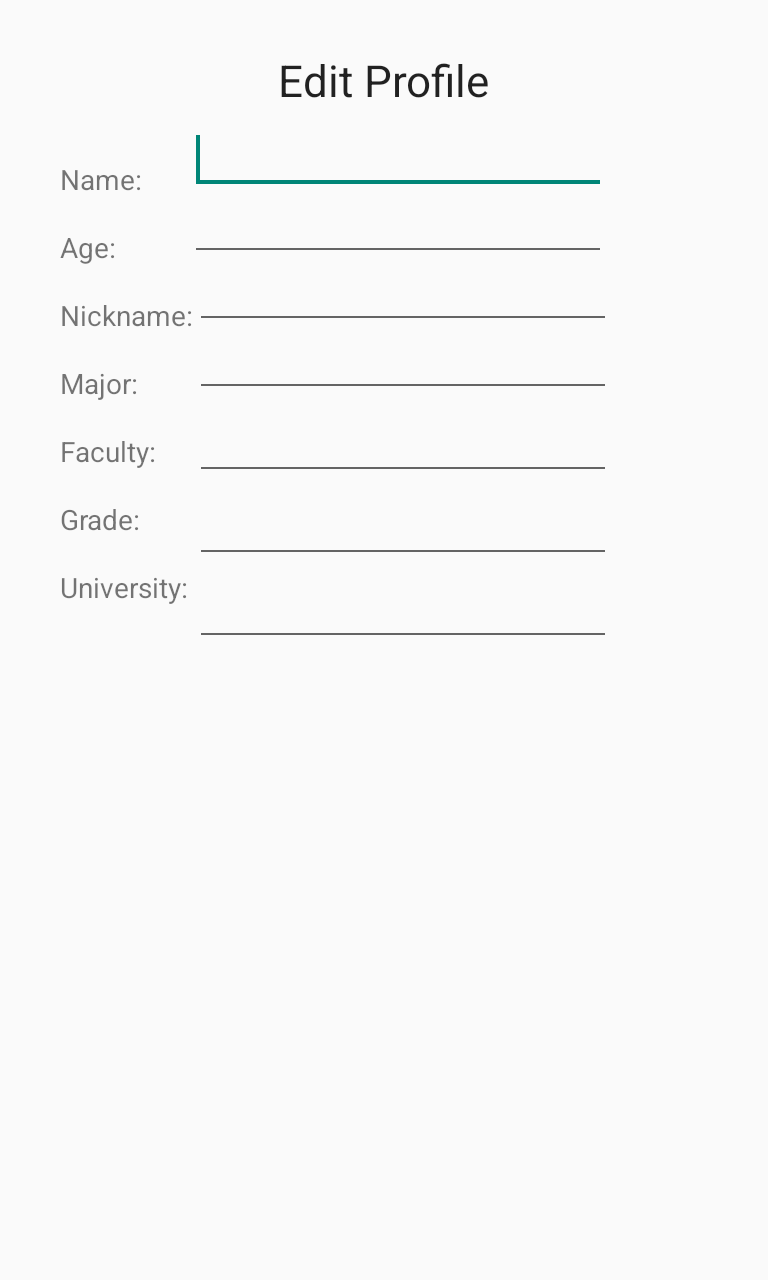
Repository: Android55410599/PROFILE
Layout: Resume_55410559/res/layout/resume.xml
The author's editor kept a copy of each file at every save. The layout is drawn from the files as they stood at one save, then again after the next save.
It is drawn on a 768 x 1280 px phone screen (xhdpi) without system bars, with theme AppTheme; the app's code is not run.

Above is the layout before, as saved 2014-09-06 02:37:18.

### Resume_55410559/res/layout/resume.xml
<?xml version="1.0" encoding="utf-8"?>
<RelativeLayout xmlns:android="http://schemas.android.com/apk/res/android"
    android:layout_width="match_parent"
    android:layout_height="match_parent" >

	<TextView
	    android:id="@+id/Textview1"
	    android:layout_width="wrap_content"
	    android:layout_height="wrap_content"
	    android:layout_marginLeft="30dp"
	    android:layout_marginTop="80dp"
	    android:text="Name: " />

	<TextView
	    android:id="@+id/textView2"
	    android:layout_width="wrap_content"
	    android:layout_height="wrap_content"
	    android:layout_alignParentLeft="true"
	    android:layout_below="@+id/Textview1"
	    android:layout_marginLeft="30dp"
	    android:layout_marginTop="15dp"
	    android:text="Age:" />

	<TextView
	    android:id="@+id/textView3"
	    android:layout_width="wrap_content"
	    android:layout_height="wrap_content"
	    android:layout_alignLeft="@+id/textView2"
	    android:layout_below="@+id/textView2"
	    android:layout_marginTop="15dp"
	    android:text="Nickname:" />

	<TextView
	    android:id="@+id/textView4"
	    android:layout_width="wrap_content"
	    android:layout_height="wrap_content"
	    android:layout_alignParentLeft="true"
	    android:layout_below="@+id/textView3"
	    android:layout_marginLeft="30dp"
	    android:layout_marginTop="15dp"
	    android:text="Major:" />

	<TextView
	    android:id="@+id/textView5"
	    android:layout_width="wrap_content"
	    android:layout_height="wrap_content"
	    android:layout_alignParentLeft="true"
	    android:layout_below="@+id/textView4"
	    android:layout_marginLeft="30dp"
	    android:layout_marginTop="15dp"
	    android:text="Faculty:" />

	<TextView
	    android:id="@+id/textView6"
	    android:layout_width="wrap_content"
	    android:layout_height="wrap_content"
	    android:layout_alignParentLeft="true"
	    android:layout_below="@+id/textView5"
	    android:layout_marginLeft="30dp"
	    android:layout_marginTop="15dp"
	    android:text="Grade:" />

	<TextView
	    android:id="@+id/textView7"
	    android:layout_width="wrap_content"
	    android:layout_height="wrap_content"
	    android:layout_alignParentLeft="true"
	    android:layout_below="@+id/textView6"
	    android:layout_marginLeft="30dp"
	    android:layout_marginTop="15dp"
	    android:text="University:" />

	<TextView
	    android:id="@+id/textView8"
	    android:layout_width="wrap_content"
	    android:layout_height="wrap_content"
	    android:layout_alignParentTop="true"
	    android:layout_centerHorizontal="true"
	    android:layout_marginTop="25dp"
	    android:text="Edit Profile"
	    android:textAppearance="?android:attr/textAppearanceLarge" />

	<EditText
	    android:id="@+id/editText1"
	    android:layout_width="wrap_content"
	    android:layout_height="wrap_content"
	    android:layout_above="@+id/textView2"
	    android:layout_toRightOf="@+id/textView7"
	    android:ems="10"
	    android:inputType="textPersonName" >

	    <requestFocus />
	</EditText>

	<EditText
	    android:id="@+id/editText2"
	    android:layout_width="wrap_content"
	    android:layout_height="wrap_content"
	    android:layout_alignBottom="@+id/textView2"
	    android:layout_alignLeft="@+id/editText1"
	    android:layout_marginTop="15dp"
	    android:ems="10" />

	<EditText
	    android:id="@+id/editText3"
	    android:layout_width="wrap_content"
	    android:layout_height="wrap_content"
	    android:layout_alignBottom="@+id/textView3"
	    android:layout_marginTop="15dp"
	    android:layout_toRightOf="@+id/textView3"
	    android:ems="10" />

	<EditText
	    android:id="@+id/editText4"
	    android:layout_width="wrap_content"
	    android:layout_height="wrap_content"
	    android:layout_above="@+id/textView5"
	    android:layout_alignLeft="@+id/editText3"
	    android:ems="10" />

	<EditText
	    android:id="@+id/editText5"
	    android:layout_width="wrap_content"
	    android:layout_height="wrap_content"
	    android:layout_alignLeft="@+id/editText4"
	    android:layout_below="@+id/editText4"
	    android:ems="10" />

	<EditText
	    android:id="@+id/editText6"
	    android:layout_width="wrap_content"
	    android:layout_height="wrap_content"
	    android:layout_alignLeft="@+id/editText5"
	    android:layout_below="@+id/editText5"
	    android:ems="10" />

	<EditText
	    android:id="@+id/editText7"
	    android:layout_width="wrap_content"
	    android:layout_height="wrap_content"
	    android:layout_alignLeft="@+id/editText6"
	    android:layout_below="@+id/editText6"
	    android:ems="10" />

</RelativeLayout>

Loaded but not shown: Resume_55410559/res/values/styles.xml (common file); Resume_55410559/res/values-v11/styles.xml (common file); Resume_55410559/res/values-v14/styles.xml (common file)

After the next save:
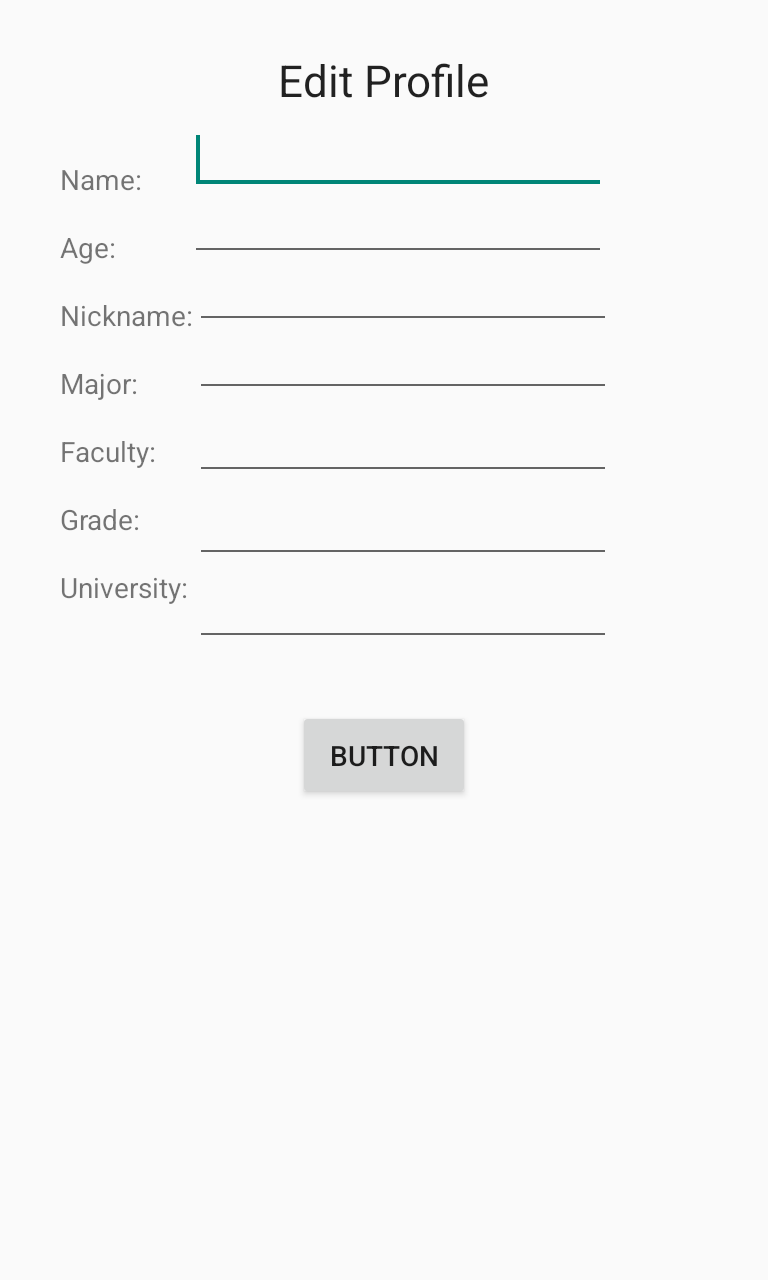
Saved 11 s later.
--- a/Resume_55410559/res/layout/resume.xml
+++ b/Resume_55410559/res/layout/resume.xml
@@ -142,4 +142,13 @@
 	    android:layout_below="@+id/editText6"
 	    android:ems="10" />
 
+	<Button
+	    android:id="@+id/button1"
+	    android:layout_width="wrap_content"
+	    android:layout_height="wrap_content"
+	    android:layout_below="@+id/editText7"
+	    android:layout_centerHorizontal="true"
+	    android:layout_marginTop="28dp"
+	    android:text="Button" />
+
 </RelativeLayout>
